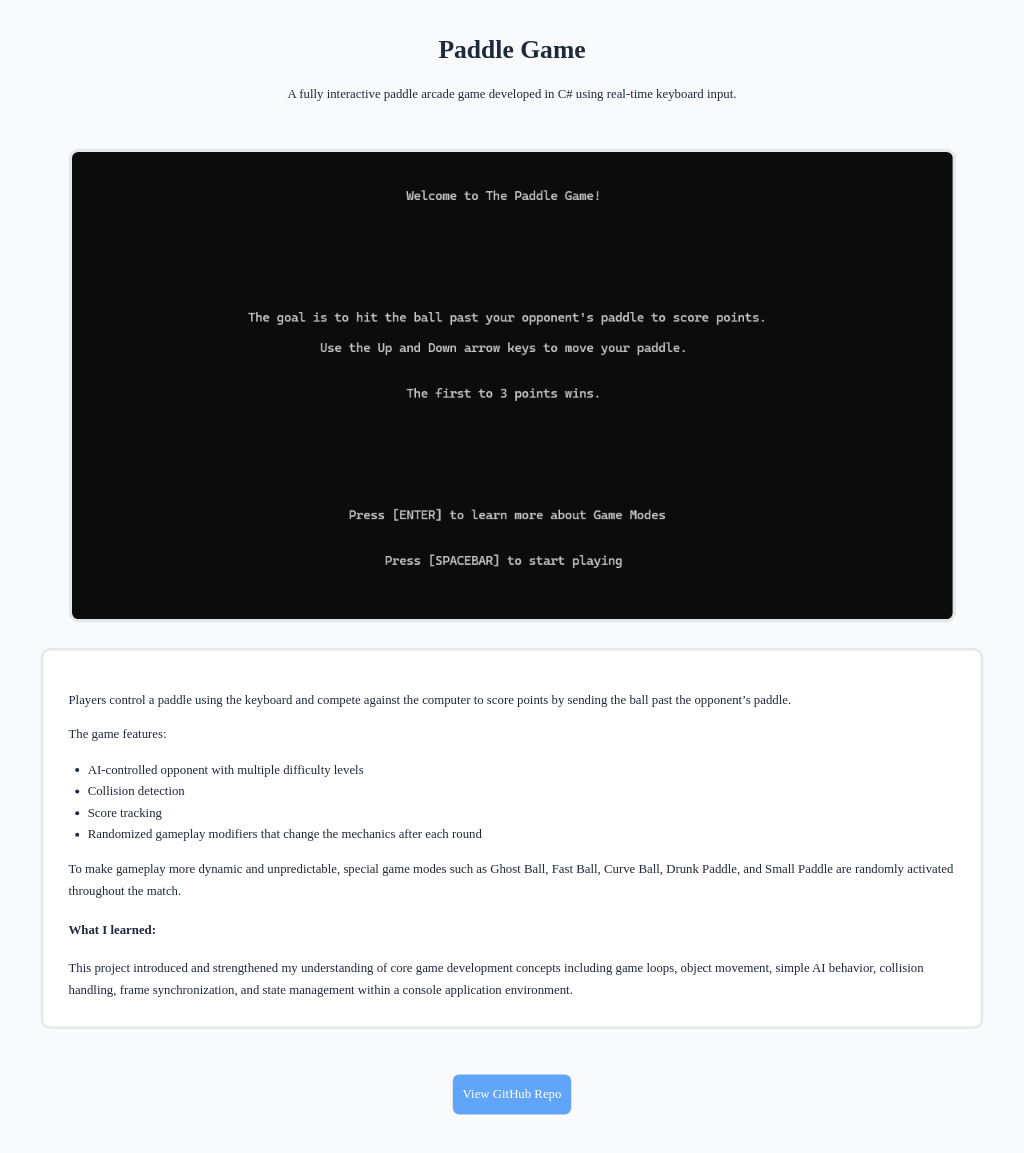
Repository: alison-cunningham/alison-cunningham
Page: pages/paddle-game.html
These files come from the project's save history. The page is drawn as it stood at one moment and after the next save; the edit follows.
The browser window is 1280 px wide. The pictures show the whole page, at 80% of full size.
Some web fonts or font styles are not loaded; a fallback is used.

Above is the page before, as saved 2026-05-12 16:55:57.

### pages/paddle-game.html
<!DOCTYPE html>
<html lang="en">
<head>
    <meta charset="UTF-8" />
    <title>Project - Paddle Game</title>
    <meta name="viewport" content="width=device-width, initial-scale=1.0">
    <link rel="stylesheet" href="../styles/globals.css"/>
    <link rel="stylesheet" href="../styles/pages.css">
</head>
<body>
    <header class="project-header">
        <h1>Paddle Game</h1>
        <p>
            A fully interactive paddle arcade game developed in C# using real-time keyboard input.
        </p>
    </header>

    <img src="../assets/images/paddle-game-screenshot-2.png" alt="Screenshot from Paddle Game gameplay">

    <section class="project-description">
        <p>
            Players control a paddle using the keyboard and compete against the computer to score points by sending the ball past the opponent’s paddle.
        </p>


        The game features:
        <ul>
            <li>AI-controlled opponent with multiple difficulty levels</li>
            <li>Collision detection</li>
            <li>Score tracking</li>
            <li>Randomized gameplay modifiers that change the mechanics after each round</li>
        </ul>


        To make gameplay more dynamic and unpredictable, special game modes such as Ghost Ball, Fast Ball, Curve Ball, Drunk Paddle, and Small Paddle are randomly activated throughout the match.
        <br>
        <h4>What I learned:</h4>
        This project introduced and strengthened my understanding of core game development concepts including game loops, object movement, simple AI behavior, collision handling, frame synchronization, and state management within a console application environment.
    </section>

    <br>
    <a class="project-link"
        href="https://github.com/alison-cunningham/PaddleGame-2D-Collision-Simulation.git"
        target="_blank">
        View GitHub Repo
    </a>

</body>

</html>

### styles/globals.css
@font-face{
    font-family: 'Radio-Canada';
    src: url('../assets/fonts/Radio_Canada/RadioCanada-VariableFont_wdth\,wght.ttf')
}



body{
    font-family: 'Radio-Canada';

    background-color: #f8fafc;
    color: #1e293b;

    line-height: 1.6;
    font-size: 1rem;

    margin: 0;
    overflow-x: hidden;
}


a{
    text-decoration: none;
    color: inherit;
}

h3{
    font-size: 1.4rem;
    margin-bottom: 1rem;
    color: #0f172a;
}

.page-header{
    width: 100%;
    padding: 1.5rem 0;

    background-color: #ffffff;
    border-bottom: .2rem solid #e5e7eb85;

    display: flex;
    flex-direction: column;
    align-items: center;
    justify-content: center;

    font-size: 1.2rem;
}

header.h1{
    font-size: 3rem;
    margin: 0;
}

.nav-bar{
    display: flex;
    gap: 2rem;

    width: 90%;
    max-width: 100%;

    overflow-x: auto;

    padding: 0.5rem 1rem;
    margin-left: 2.5rem;
    margin-right: 2.5rem;

    font-size: 1.5rem;
}

.nav-bar::-webkit-scrollbar{
    height: 0.45rem;
}

.nav-bar::-webkit-scrollbar-track{
    background: #e5e7eb;
    border-radius: 999rem;
}

.nav-bar::-webkit-scrollbar-thumb{
    background: #34d399;
    border-radius: 999rem;
}

.hover-text{
    color: #60a5fa;
    position: relative;
}

.hover-text:hover{
    color: #34d399;
}

.hover-text::after{
    content:"";
    position: absolute;
    left: 0;
    bottom: -2px;

    width: 0%;
    height: 2px;
    background: #34d399;
    transition: width 0.6s ease;

}

.hover-text:hover::after {
    width: 100%;
}

### styles/pages.css
body{
    display: flex;
    flex-direction: column;
    align-items: center;

    margin: 0 auto;
    padding: 0 1.5rem;

}

.main-header{
    display: grid;
    justify-content: center;
    text-align: center;

    font-size: 1.2rem;
}

.project-header{
    display: grid;
    justify-content: center;
    text-align: center;

    padding: 1rem .5rem .5rem;
}

h1{
    margin-bottom: 0;
}

nav{
    width: 90%;
    margin: rem auto;
    padding: .75rem;

    background-color: #ffffff;
    border: .2rem solid #e5e7eb;
    border-radius: 1rem;

    display: flex;
    justify-content: center;
    gap: 1rem;
    flex-wrap: wrap;

}

nav a{

color: #60a5fa;
    padding: .75rem 1.25rem;
    border-radius: .75rem;

    font-size: 1.1rem;

    transition:
        background-color 0.3s ease,
        color 0.3s ease,
        transform 0.3s ease;
}

nav a:hover{
    background-color: #34d399;
    color: white;
}

img{
    display: block;
    max-width: 90%;
    margin: 2rem auto;
    border: .3rem solid #e5e7eb;
    border-radius: .75rem;
}

.project-description{
    max-width: 90%;

    margin: 0 auto 2rem;
    padding: 2rem;

    background-color: #ffffff;
    border: .2rem solid #e5e7eb;
    border-radius: .75rem;

    line-height: 1.7;
}

.project-description ul{
    margin-top: 1rem;
    margin-bottom: 1rem;
    padding-left: 1.5rem;
}

.project-link{
    display: block;
    width: fit-content;

    margin: 0 auto 3rem;
    padding: .75rem;

    background-color: #60a5fa;
    color: white;

    text-decoration: none;

    border-radius: .5rem;

    transition: background-color 0.3s ease;
    transition: transform 0.2s ease;
}

.project-link:hover{
    background-color: #34d399;
}

summary{
    text-align: center;
    margin-bottom: 2rem;
}

.learned{
    line-height: 2rem;
    background-color: #e5e7eb;
    padding: 0.4rem 2.5rem 1rem;
    margin: 2rem;
    border-radius: 0.75rem;
}

.payroll-breakdown{
    line-height: 1.4rem;
}

iframe{
    width: 100%;
    min-height: 80vh;
    border: 0;
}

After the next save:
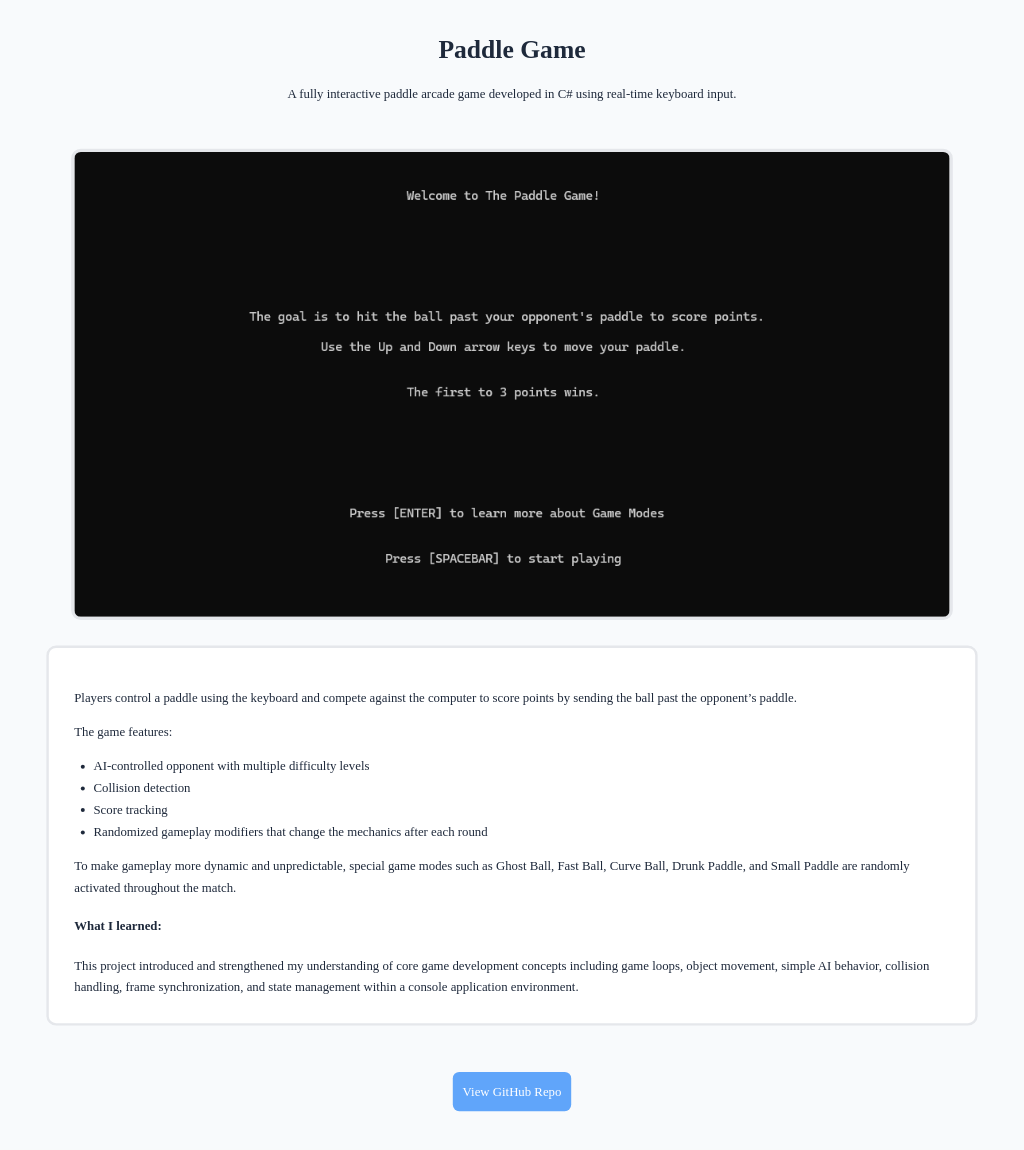
Saved 67 s later.
--- a/styles/globals.css
+++ b/styles/globals.css
@@ -16,6 +16,8 @@
 
     margin: 0;
     overflow-x: hidden;
+
+    max-width: 95%;
 }
 
 

After the save that followed:
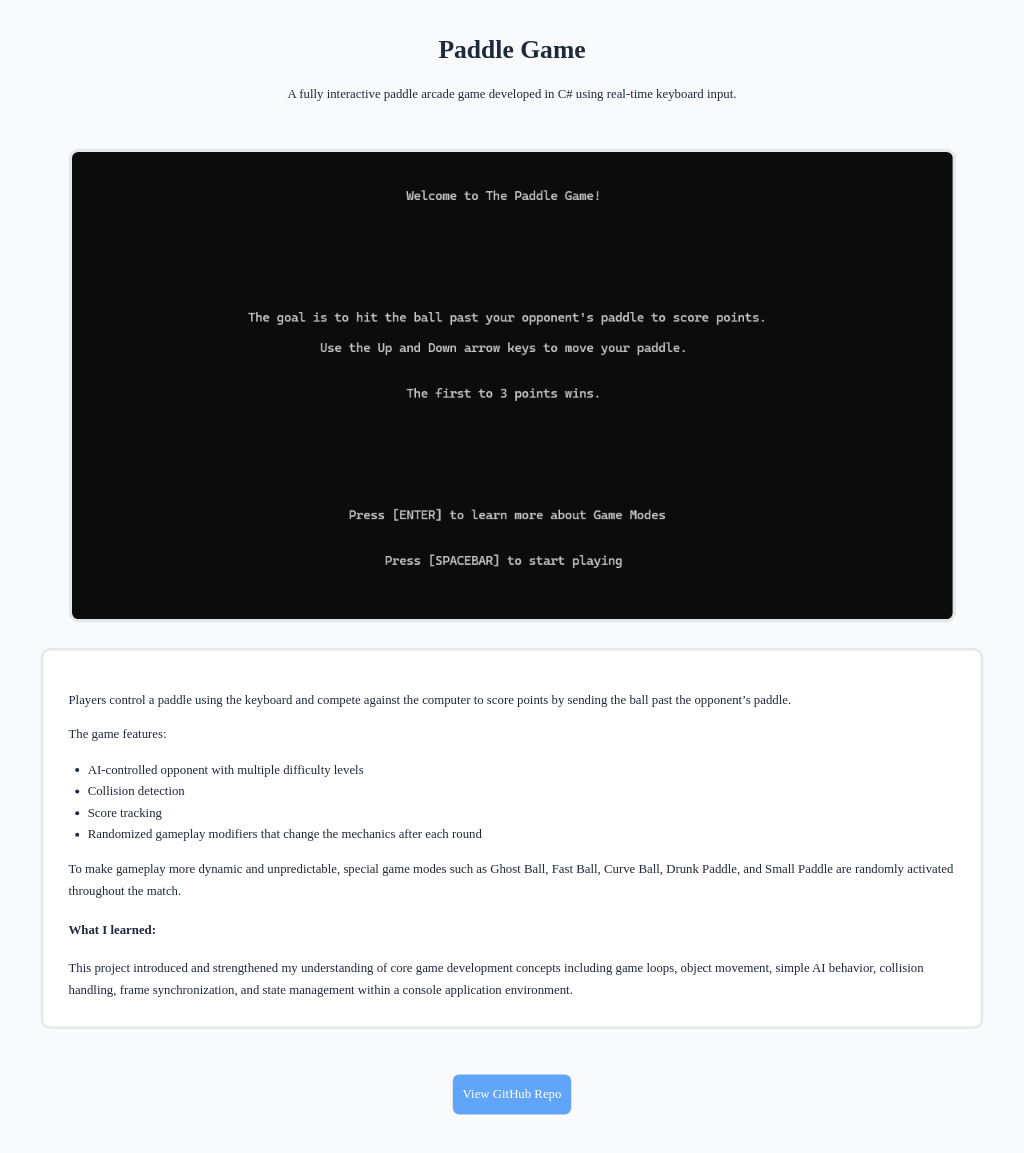
Saved 119 s later.
--- a/styles/globals.css
+++ b/styles/globals.css
@@ -16,8 +16,6 @@
 
     margin: 0;
     overflow-x: hidden;
-
-    max-width: 95%;
 }
 
 
@@ -33,8 +31,8 @@
 }
 
 .page-header{
-    width: 100%;
-    padding: 1.5rem 0;
+    width: 90%;
+    padding: 1rem 0;
 
     background-color: #ffffff;
     border-bottom: .2rem solid #e5e7eb85;
